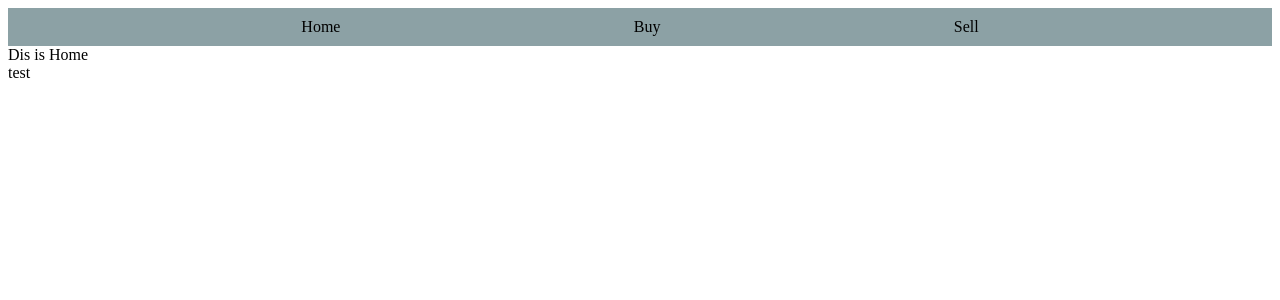
Repository: RiteshK555/itw-project
Page: http://localhost/
These files come from the project's save history. The page is drawn as it stood at one moment and after the next save; the edit follows.
The browser window is 1280 px wide. The pictures show the whole page.
The page is served by the project's application, run on Django 3.2 (student_olx/manage.py). Other server files are loaded and not shown.

Above is the page before, as saved 2021-09-16 22:58:40.

### student_olx/main/templates/main/home.html
{%extends 'main/base.html'%}
{%block title%}
This is Home Title
{%endblock%}
{%block content %}
Dis is Home
{%endblock %}

### student_olx/main/templates/main/base.html
{% load static%}
<!DOCTYPE html>
<!--[if lt IE 7]>      <html class="no-js lt-ie9 lt-ie8 lt-ie7"> <![endif]-->
<!--[if IE 7]>         <html class="no-js lt-ie9 lt-ie8"> <![endif]-->
<!--[if IE 8]>         <html class="no-js lt-ie9"> <![endif]-->
<!--[if gt IE 8]>      <html class="no-js"> <!--<![endif]-->
<html>
    <head>
        <meta charset="utf-8">
        <meta http-equiv="X-UA-Compatible" content="IE=edge">
        <title>{%block title%}This is Base Title{%endblock%}</title>
        <meta name="description" content="">
        <meta name="viewport" content="width=device-width, initial-scale=1">
        <link rel="stylesheet" type="text/css" href="{% static 'main/style.css'%}">
    </head>
    <div class="header">
        <a href="/home">Home</a>
        <a href="/buy">Buy</a>
        <a href="/sell">Sell</a>
    </div>

    <body>
    <div id="content">
    {%block content %}Dis is Base{% endblock %}

    </div>
    {{name}}
        <!--[if lt IE 7]>
            <p class="browsehappy">You are using an <strong>outdated</strong> browser. Please <a href="#">upgrade your browser</a> to improve your experience.</p>
        <![endif]-->

        <script src="" async defer></script>
    </body>
</html>

### student_olx/main/views.py
from django.http.response import HttpResponseRedirect
from django.shortcuts import render
from .models import ToDoList,Item
# Create your views here.
from django.http import HttpResponse
from .forms import CreateNewList
def index(response,id):
    lis=ToDoList.objects.get(id=id)
    return render(response,"main/base.html",{"name":lis})
def home(response):
    return render(response,"main/home.html",{"name":"test"})
def create(response):
    if response.method == "POST":
        form=CreateNewList(response.POST)
        if form.is_valid():
            n=form.cleaned_data["name"]
            m=ToDoList(name=n)
            m.save()
        return HttpResponseRedirect("/%i" %m.id)
    else:
        form=CreateNewList()
    return render(response,"main/create.html",{"form":form})

### student_olx/student_olx/urls.py
"""student_olx URL Configuration

The `urlpatterns` list routes URLs to views. For more information please see:
    https://docs.djangoproject.com/en/3.1/topics/http/urls/
Examples:
Function views
    1. Add an import:  from my_app import views
    2. Add a URL to urlpatterns:  path('', views.home, name='home')
Class-based views
    1. Add an import:  from other_app.views import Home
    2. Add a URL to urlpatterns:  path('', Home.as_view(), name='home')
Including another URLconf
    1. Import the include() function: from django.urls import include, path
    2. Add a URL to urlpatterns:  path('blog/', include('blog.urls'))
"""
from django.contrib import admin
from django.urls import path,include

urlpatterns = [
    path('admin/', admin.site.urls),
    path("",include("main.urls"))
]

### student_olx/main/urls.py
from django.urls import path
from . import views
urlpatterns =[
    path("<int:id>",views.index,name="index"),
    path("",views.home,name="home"),
    path("create/",views.create,name="create")
]

### student_olx/main/static/main/style.css
h1{
    color:green;
}
.header{
    display: flex;
    justify-content: space-evenly;
    padding-top: 10px;
    padding-bottom: 10px;
    background-color:#8CA1A5;
}
a{
    color:inherit;
    text-decoration: none;
}
body{
    margin
}

After the next save:
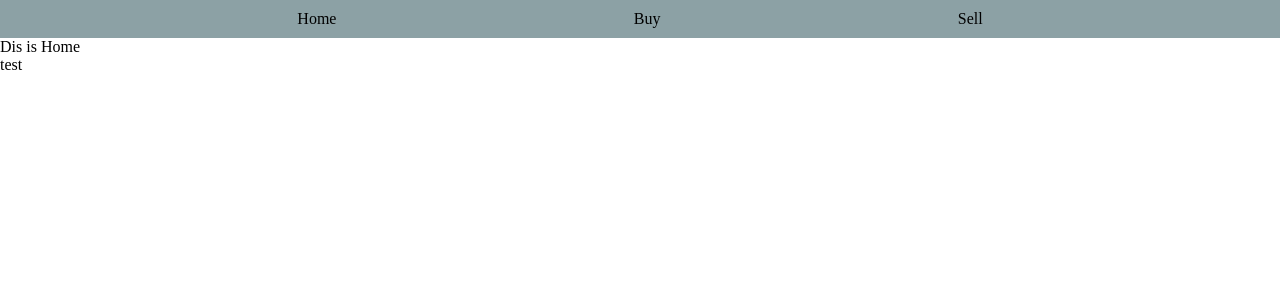
Saved 4 s later.
--- a/student_olx/main/static/main/style.css
+++ b/student_olx/main/static/main/style.css
@@ -13,5 +13,5 @@ a{
     text-decoration: none;
 }
 body{
-    margin
+    margin:0;
 }
